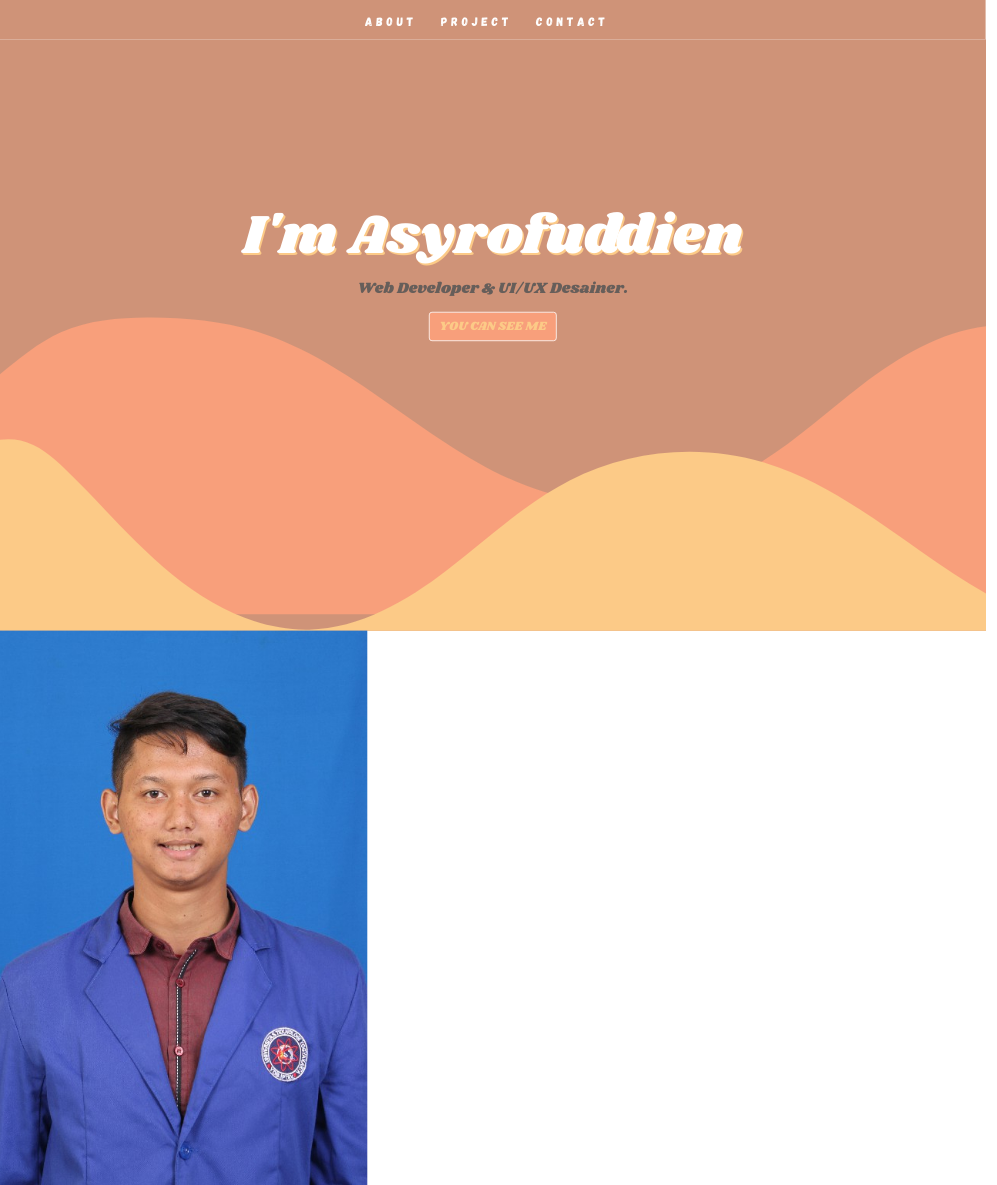
Repository: zetta-muhammad-asyrofuddien/Html-Css-ZettaCAmp
Page: Day1/Portofolio/index.html
The author's editor kept a copy of each file at every save. The page is drawn from the files as they stood at one save, then again after the next save.
The browser window is 1280 px wide. The page is 1295 px wide, so the pictures cover 1295 px, including what lies to the right of the window. The pictures show the whole page, at 77% of full size.

Above is the page before, as saved 2023-07-05 19:44:09.

### Day1/Portofolio/index.html
<!DOCTYPE html>
<html lang="en">
  <head>
    <meta charset="utf-8" />
    <meta name="viewport" content="width=device-width, initial-scale=1" />
    <title>Portofolio Asyrof</title>
    <link href="https://cdn.jsdelivr.net/npm/bootstrap@5.2.3/dist/css/bootstrap.min.css" rel="stylesheet" integrity="sha384-rbsA2VBKQhggwzxH7pPCaAqO46MgnOM80zW1RWuH61DGLwZJEdK2Kadq2F9CUG65" crossorigin="anonymous" />
    <link rel="stylesheet" href="https://cdn.jsdelivr.net/npm/bootstrap@4.6.2/dist/css/bootstrap.min.css" integrity="sha384-xOolHFLEh07PJGoPkLv1IbcEPTNtaed2xpHsD9ESMhqIYd0nLMwNLD69Npy4HI+N" crossorigin="anonymous" />
    <link rel="stylesheet" type="text/css" href="./syle.css" />
  </head>
  <body>
    <!-- NAVBAR -->
    <section class="N">
      <div class="container">
        <nav class="navbar navbar-expand-lg">
          <div class="container-fluid">
            <button class="navbar-toggler" type="button" data-bs-toggle="collapse" data-bs-target="#navbarNav" aria-controls="navbarNav" aria-expanded="false" aria-label="Toggle navigation">
              <span class="navbar-toggler-icon"></span>
            </button>
            <div class="collapse navbar-collapse" id="navbarNav">
              <ul class="navbar-nav mx-auto">
                <li class="nav-item">
                  <a class="nav-link" aria-current="page" href="#">A b o u t</a>
                </li>
                <li class="nav-item">
                  <a class="nav-link" href="#">P r o j e c t</a>
                </li>
                <li class="nav-item">
                  <a class="nav-link" href="#">C o n t a c t</a>
                </li>
              </ul>
            </div>
          </div>
        </nav>
      </div>
    </section>
    <!-- Akhir Navbar -->

    <!-- Jumbotron -->
    <div class="jumbotron jumbotron-fluid text-align-center">
      <div class="container">
        <h1 class="display-3 nama">I'm Asyrofuddien</h1>
        <p class="lead job">Web Developer & UI/UX Desainer.</p>
        <a class="btn btn-primary see" href="">YOU CAN SEE ME</a>
      </div>
    </div>
    <!-- Akhir Jumbotron -->

    <!-- About -->
    <div class="row">
      <div col-3>
        <img src="./asset/img/foto.jpeg" alt="" />
      </div>
    </div>
    <!-- Akhir About -->
    <script src="https://cdn.jsdelivr.net/npm/@popperjs/core@2.11.6/dist/umd/popper.min.js" integrity="sha384-oBqDVmMz9ATKxIep9tiCxS/Z9fNfEXiDAYTujMAeBAsjFuCZSmKbSSUnQlmh/jp3" crossorigin="anonymous"></script>
    <script src="https://cdn.jsdelivr.net/npm/bootstrap@5.2.3/dist/js/bootstrap.min.js" integrity="sha384-cuYeSxntonz0PPNlHhBs68uyIAVpIIOZZ5JqeqvYYIcEL727kskC66kF92t6Xl2V" crossorigin="anonymous"></script>
  </body>
</html>

### Day1/Portofolio/syle.css
@font-face {
  font-family: Gagalin;
  src: url(./asset/font/Gagalin-Regular.otf);
}
@font-face {
  font-family: Shrikhand;
  src: url(./asset/font/Shrikhand-Regular.ttf);
}
@font-face {
  font-family: dmSans;
  src: url(./asset/font/DMSans-Regular.ttf);
}
/* UMUM */
.N {
  background-color: #cf9378;
  margin-bottom: 0;
}
.navbar-brand {
  font-family: Gagalin;
}
.navbar {
  border: none;
}
.nav-link {
  font-family: Gagalin;
  color: white;
  margin-right: 20px;
}

.jumbotron {
  background-image: url(./asset/img/wave.svg);
  background-size: cover;
  height: 768px;
  margin-top: -5px;
  margin-bottom: 0;
  border: none;
  text-align: center;
}

.nama {
  font-family: Shrikhand;
  color: white;
  text-align: center;
  margin-top: 150px;
  text-shadow: 2px 2px #fcca87;
}

.job {
  font-family: Shrikhand;
  color: #665e5a;
  text-align: center;
}
.see {
  background-color: #f89f7b;
  border-color: white;
  color: #fcca87;
  font-family: Shrikhand;
}
.see:hover {
  background-color: #665e5a;
  border-color: #fcca87;
}
h2.about {
  font-family: Gagalin;
}
section.who {
  background-color: #fff9f7;
  margin-top: 0%;
}
.about {
  background-color: #fff8f5;
}

/* DESKTOP VERSION */
@media (min-width: 992px) {
  /* Navbar */
  .nav-link:hover::after {
    content: '';
    display: block;
    border-bottom: 3px solid #fcca87;
    width: 50%;
    margin: auto;
  }
  .foto {
    border-radius: 50%;
  }
}

### Day1/Portofolio/asset/img/wave.svg
<svg xmlns="http://www.w3.org/2000/svg" xmlns:xlink="http://www.w3.org/1999/xlink" width="1700" zoomAndPan="magnify" viewBox="0 0 1350 576" height="768" preserveAspectRatio="xMidYMid meet" version="1.0"><defs><clipPath id="88280995c8"><path d="M 0 269.25 L 1350 269.25 L 1350 576 L 0 576 Z M 0 269.25 " clip-rule="nonzero"/></clipPath></defs><rect x="-135" width="1620" fill="#ffffff" y="-57.6" height="691.2" fill-opacity="1"/><rect x="-135" width="1620" fill="#ffffff" y="-57.6" height="691.2" fill-opacity="1"/><rect x="-135" width="1620" fill="#cf9378" y="-57.6" height="691.2" fill-opacity="1"/><g clip-path="url(#88280995c8)"><path fill="#f89f7b" d="M 1413.945312 766.777344 L 1413.945312 429.453125 C 1392.21875 457.429688 1362.003906 480.527344 1328.867188 472.859375 C 1310.898438 468.695312 1296.257812 455.992188 1282.980469 443.210938 C 1245.734375 407.332031 1212.539062 367.136719 1172.433594 334.488281 C 1132.328125 301.84375 1083.167969 276.609375 1031.457031 277.875 C 979.046875 279.15625 931.078125 307.195312 889.472656 339.082031 C 847.867188 370.96875 809.414062 407.820312 762.789062 431.769531 C 700.933594 463.539062 626.5625 470.058594 560.113281 449.53125 C 452.628906 416.339844 374.265625 319.257812 267.050781 285.226562 C 230.175781 273.535156 191.179688 269.78125 152.492188 269.9375 C 121.945312 270.050781 90.679688 272.757812 62.820312 285.265625 C 29.9375 300.035156 4.472656 327.175781 -25.199219 347.640625 C -36.84375 355.675781 -50.003906 362.664062 -63.632812 367.253906 L -63.632812 766.796875 L 1413.945312 766.796875 Z M 1413.945312 766.777344 " fill-opacity="1" fill-rule="nonzero"/></g><path fill="#fcca87" d="M 1287.496094 584.535156 C 1259.617188 597.046875 1228.367188 599.75 1197.820312 599.867188 C 1159.136719 600.023438 1120.140625 596.289062 1083.265625 584.574219 C 976.050781 550.546875 897.6875 453.460938 790.199219 420.269531 C 723.753906 399.746094 649.378906 406.28125 587.527344 438.035156 C 540.898438 461.984375 502.449219 498.832031 460.84375 530.722656 C 419.238281 562.609375 371.265625 590.644531 318.855469 591.929688 C 267.144531 593.195312 217.988281 567.980469 177.882812 535.3125 C 137.773438 502.667969 104.582031 462.46875 67.335938 426.59375 C 54.058594 413.792969 39.417969 401.085938 21.449219 396.945312 C -11.6875 389.277344 -41.902344 412.371094 -63.632812 440.347656 L -63.632812 766.777344 L 1413.925781 766.777344 L 1413.925781 502.570312 C 1400.296875 507.160156 1387.136719 514.144531 1375.496094 522.179688 C 1345.84375 542.648438 1320.378906 569.769531 1287.496094 584.535156 Z M 1287.496094 584.535156 " fill-opacity="1" fill-rule="nonzero"/></svg>

After the next save:
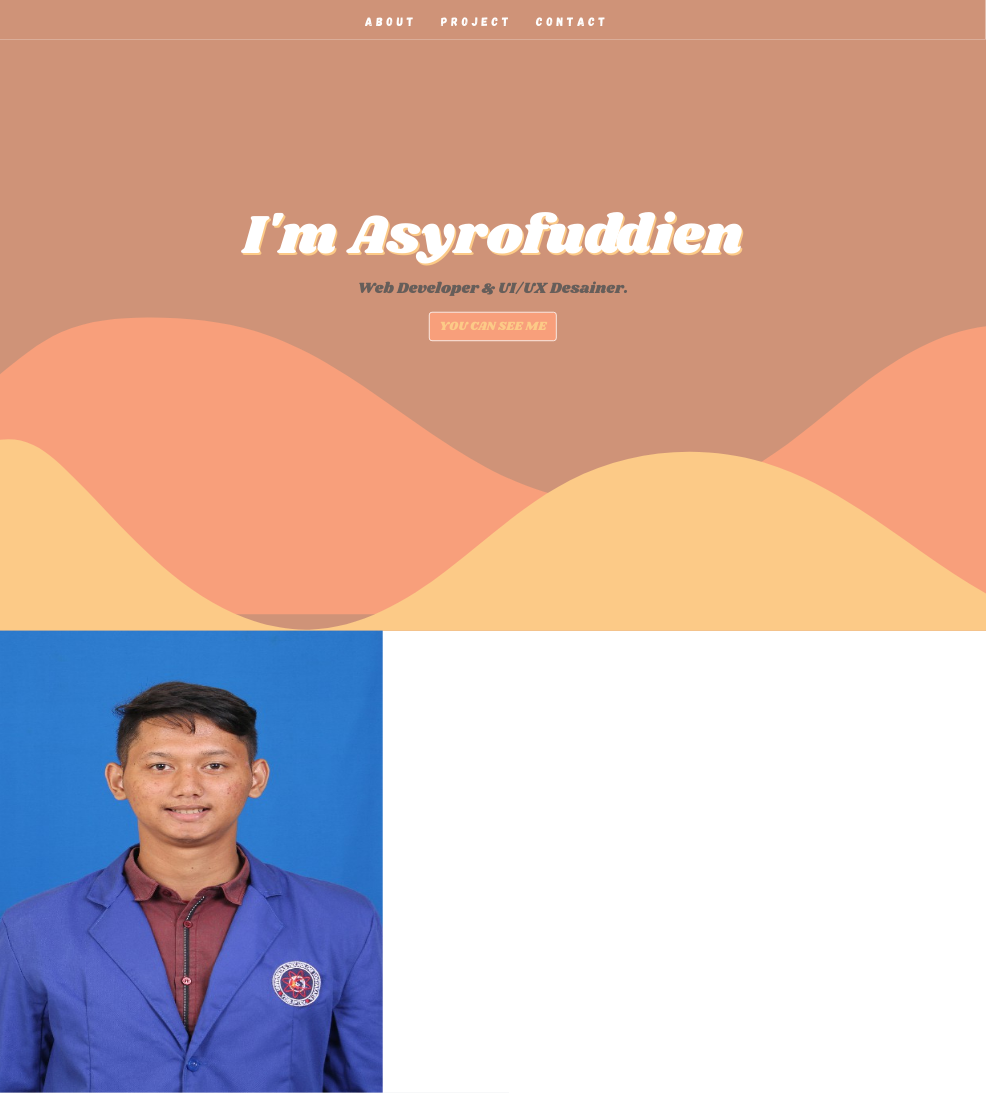
Saved 22 s later.
--- a/Day1/Portofolio/index.html
+++ b/Day1/Portofolio/index.html
@@ -49,7 +49,7 @@
     <!-- About -->
     <div class="row">
       <div col-3>
-        <img src="./asset/img/foto.jpeg" alt="" />
+        <img src="./asset/img/foto.jpeg" alt="" width="500px" height="600px" />
       </div>
     </div>
     <!-- Akhir About -->
